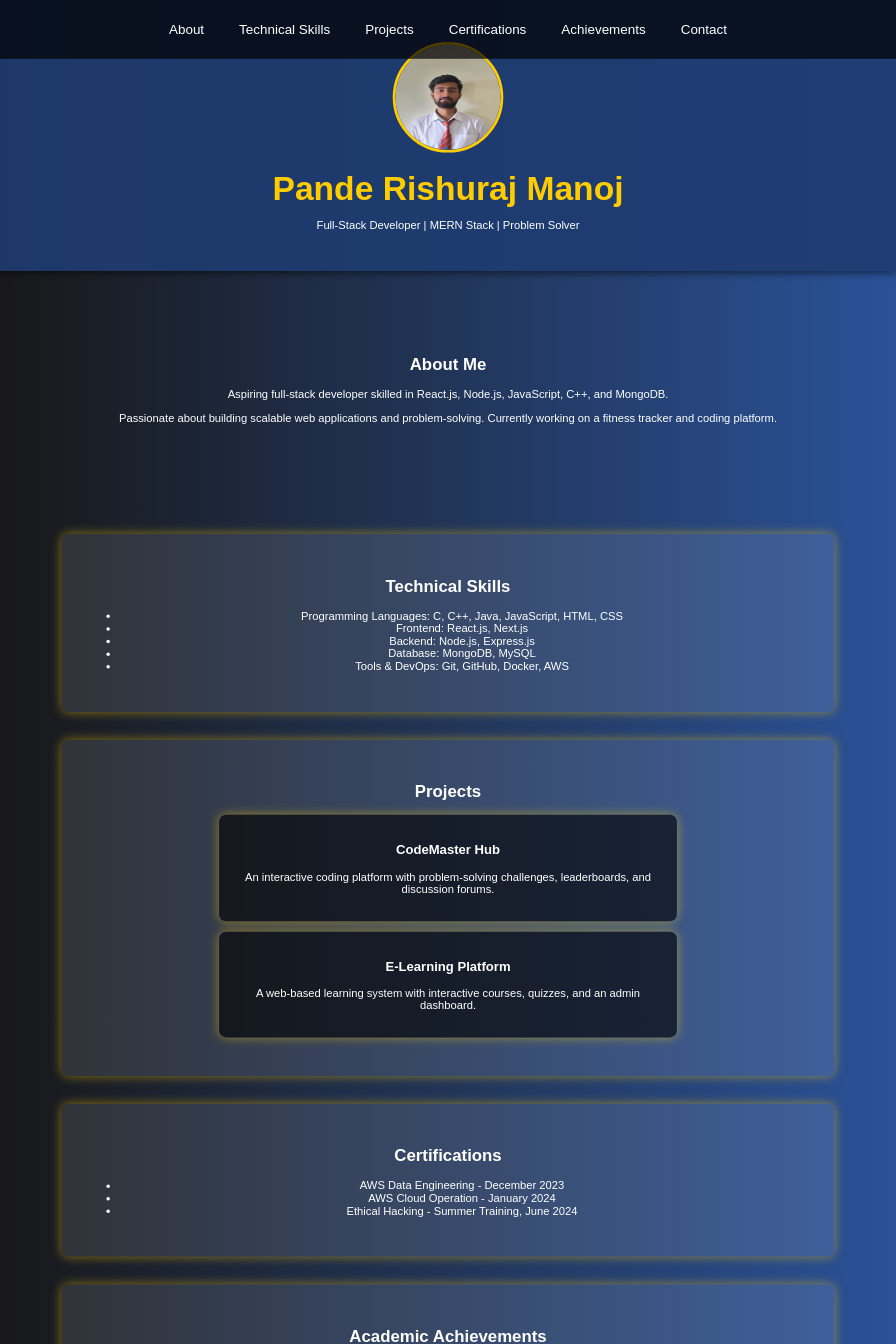
Repository: Rishuraj-Pandey/portfolio
Page: index.html
These files come from the project's save history. The page is drawn as it stood at one moment and after the next save; the edit follows.
The browser window is 1280 px wide. The pictures show the part of the page from y = 0 to 1920 px (the page is 2791 px tall), at 70% of full size.

Above is the page before, as saved 2025-03-22 01:11:06.

### index.html
<!DOCTYPE html>
<html lang="en">
<head>
    <meta charset="UTF-8">
    <meta name="viewport" content="width=device-width, initial-scale=1.0">
    <title>Pande Rishuraj Manoj - Portfolio</title>
    <link rel="stylesheet" href="style.css">
</head>
<body>
    <header>
        <img src="profile.jpg.jpg" alt="Profile Picture" class="profile-pic">
        <h1>Pande Rishuraj Manoj</h1>
        <p>Full-Stack Developer | MERN Stack | Problem Solver</p>
    </header>

    <nav>
        <ul>
            <li><a href="#about">About</a></li>
            <li><a href="#tech">Technical Skills</a></li>
            <li><a href="#projects">Projects</a></li>
            <li><a href="#certifications">Certifications</a></li>
            <li><a href="#achievements">Achievements</a></li>
            <li><a href="#contact">Contact</a></li>
        </ul>
    </nav>

    <section class="about" id="about">
        <h2>About Me</h2>
        <p>Aspiring full-stack developer skilled in React.js, Node.js, JavaScript, C++, and MongoDB.</p>
        <p>Passionate about building scalable web applications and problem-solving. Currently working on a fitness tracker and coding platform.</p>
    </section>

    <section class="tech" id="tech">
        <h2>Technical Skills</h2>
        <ul>
            <li>Programming Languages: C, C++, Java, JavaScript, HTML, CSS</li>
            <li>Frontend: React.js, Next.js</li>
            <li>Backend: Node.js, Express.js</li>
            <li>Database: MongoDB, MySQL</li>
            <li>Tools & DevOps: Git, GitHub, Docker, AWS</li>
        </ul>
    </section>

    <section class="projects" id="projects">
        <h2>Projects</h2>
        <div class="project-card">
            <h3>CodeMaster Hub</h3>
            <p>An interactive coding platform with problem-solving challenges, leaderboards, and discussion forums.</p>
        </div>
        <div class="project-card">
            <h3>E-Learning Platform</h3>
            <p>A web-based learning system with interactive courses, quizzes, and an admin dashboard.</p>
        </div>
    </section>

    <section class="certifications" id="certifications">
        <h2>Certifications</h2>
        <ul>
            <li>AWS Data Engineering - December 2023</li>
            <li>AWS Cloud Operation - January 2024</li>
            <li>Ethical Hacking - Summer Training, June 2024</li>
        </ul>
    </section>

    <section class="achievements" id="achievements">
        <h2>Academic Achievements</h2>
        <ul>
            <li>Secured 5-Star Badge in C++ & Problem-Solving on HackerRank</li>
            <li>Ranked 6th in National Science Day Coding Competition (200+ participants)</li>
        </ul>
    </section>

    <section class="experience" id="experience">
        <h2>Work & Internship Experience</h2>
        <p>Currently working on full-stack development projects and open-source contributions.</p>
        <p>Previously completed a summer internship in Ethical Hacking.</p>
    </section>

    <section class="contact" id="contact">
        <h2>Contact</h2>
        <p>Email: <a href="mailto:rishurajpande@gmail.com">rishurajpande@gmail.com</a></p>
        <p>LinkedIn: <a href="https://www.linkedin.com/in/rishuraj-pandey-08a9012b0/" target="_blank">linkedin.com/in/rishuraj-pandey</a></p>
        <p>GitHub: <a href="https://github.com/rishurajpande" target="_blank">github.com/rishurajpande</a></p>
    </section>

    <footer>
        <p>&copy; 2025 Pande Rishuraj Manoj. All Rights Reserved.</p>
    </footer>
</body>
</html>

### style.css
body {
    font-family: 'Poppins', sans-serif;
    margin: 0;
    padding: 0;
    background: linear-gradient(to right, #181819, #2a5298);
    color: white;
    text-align: center;
    scroll-behavior: smooth;
}

header {
    background: rgba(30, 60, 114, 0.9);
    padding: 40px 20px;
    box-shadow: 0px 4px 10px rgba(0, 0, 0, 0.5);
}

h1 {
    margin: 0;
    font-size: 3em;
    color: #ffcc00;
}

.profile-pic {
    width: 150px;
    height: 150px;
    border-radius: 50%;
    margin: 20px 0;
    border: 4px solid #ffcc00;
}

nav {
    background: rgba(0, 0, 0, 0.7);
    position: fixed;
    top: 0;
    width: 100%;
    padding: 15px 0;
    z-index: 1000;
    transition: all 0.3s;
}

nav ul {
    list-style: none;
    padding: 0;
    display: flex;
    justify-content: center;
    gap: 20px;
}

nav ul li {
    display: inline;
}

nav ul li a {
    color: white;
    text-decoration: none;
    padding: 10px 15px;
    font-size: 1.2em;
    transition: color 0.3s, transform 0.2s;
}

nav ul li a:hover {
    color: #ffcc00;
    transform: scale(1.1);
}

section {
    padding: 100px 20px;
}

.tech, .certifications, .achievements, .projects, .experience {
    background: rgba(255, 255, 255, 0.1);
    padding: 40px;
    border-radius: 10px;
    margin: 40px auto;
    width: 80%;
    box-shadow: 0px 0px 15px rgba(255, 204, 0, 0.5);
    animation: fadeIn 1.2s ease-in-out;
}

.project-card {
    background-color: rgba(0, 0, 0, 0.6);
    padding: 20px;
    margin: 15px auto;
    width: 60%;
    border-radius: 10px;
    box-shadow: 0px 0px 15px rgba(255, 204, 0, 0.5);
    transition: transform 0.3s, box-shadow 0.3s;
}

.project-card:hover {
    transform: scale(1.05);
    box-shadow: 0px 0px 25px rgba(255, 204, 0, 0.8);
}

.contact a {
    color: #ffcc00;
    text-decoration: none;
    font-weight: bold;
}

.contact a:hover {
    text-decoration: underline;
    color: #ff6600;
}

footer {
    background: rgba(0, 0, 0, 0.8);
    padding: 20px;
    font-size: 1em;
}

@keyframes fadeIn {
    from { opacity: 0; }
    to { opacity: 1; }
}

@media (max-width: 768px) {
    nav ul {
        flex-direction: column;
        text-align: center;
    }
    .project-card, .tech, .certifications, .achievements, .experience {
        width: 90%;
    }
}

After the next save:
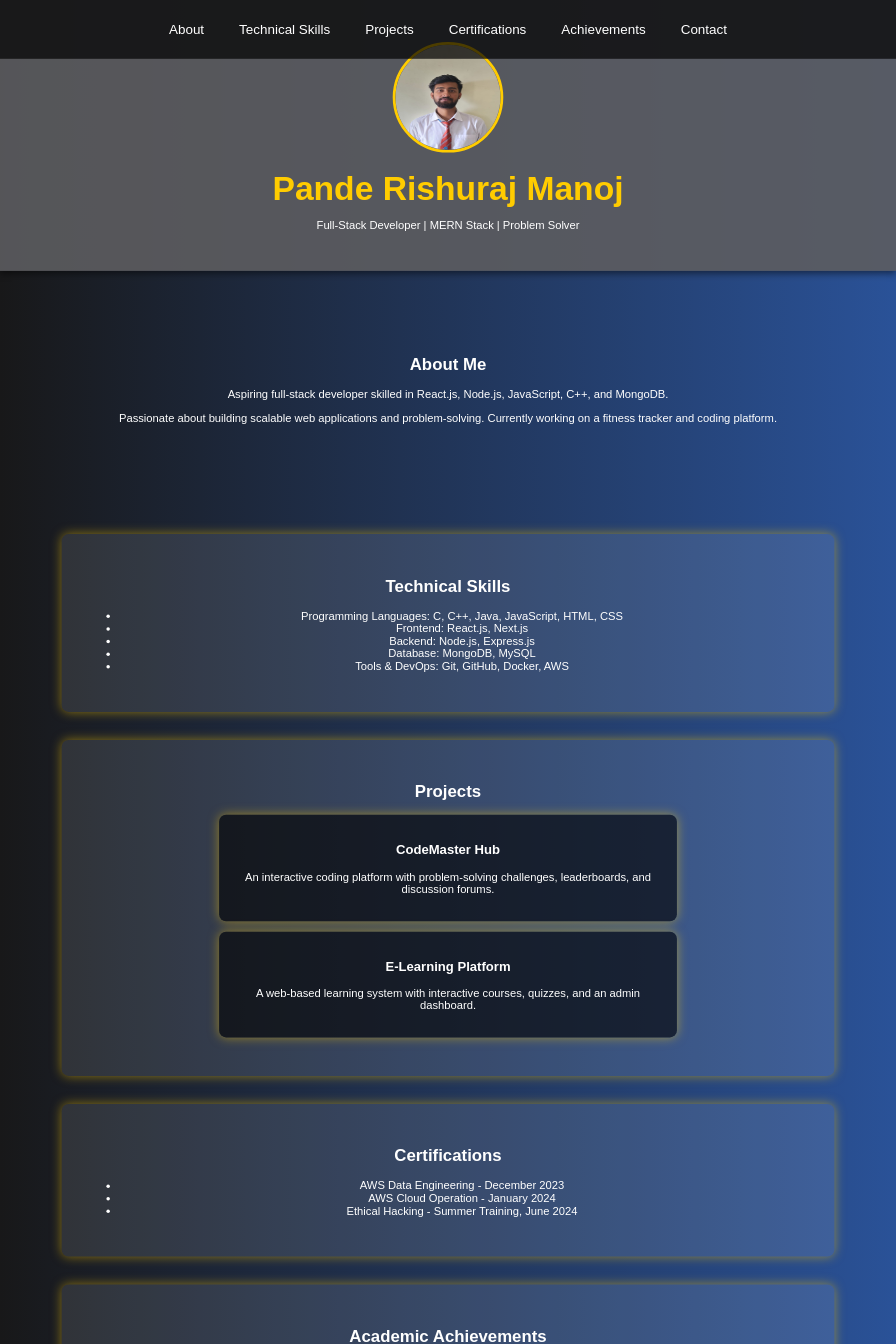
Saved 15 s later.
--- a/style.css
+++ b/style.css
@@ -9,7 +9,7 @@ body {
 }
 
 header {
-    background: rgba(30, 60, 114, 0.9);
+    background: rgba(92, 93, 96, 0.9);
     padding: 40px 20px;
     box-shadow: 0px 4px 10px rgba(0, 0, 0, 0.5);
 }
